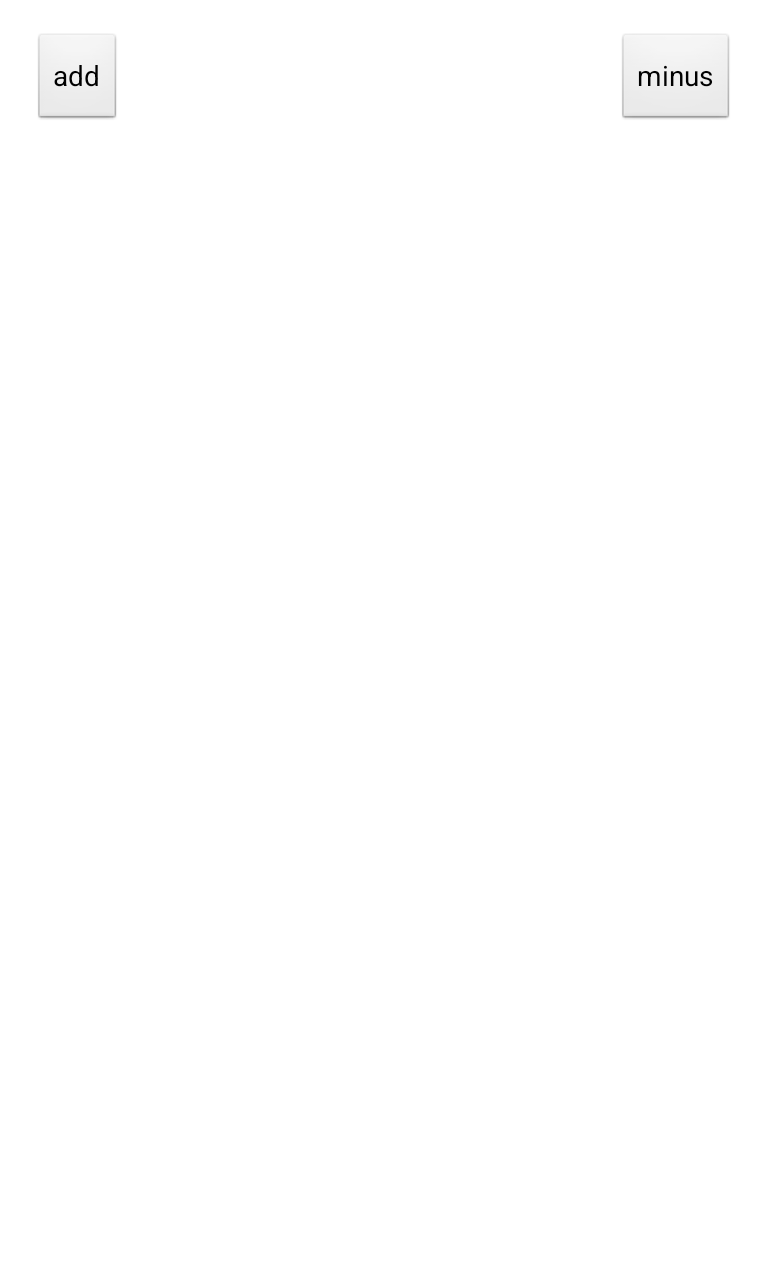
Repository: CrowleyLucky/AndroidLearningNotes
Layout: 16_MultiThreadDownloader/res/layout/activity_main.xml
An editor plug-in stored every save of this project. The layout is shown before and after a run of saves, followed by the edit.
It is drawn on a 768 x 1280 px phone screen (xhdpi) without system bars, with theme AppTheme; the app's code is not run.

Above is the layout before, as saved 2014-03-04 03:31:26.

### 16_MultiThreadDownloader/res/layout/activity_main.xml
<RelativeLayout xmlns:android="http://schemas.android.com/apk/res/android"
    xmlns:tools="http://schemas.android.com/tools"
    android:layout_width="match_parent"
    android:layout_height="match_parent"
    android:paddingBottom="@dimen/activity_vertical_margin"
    android:paddingLeft="@dimen/activity_horizontal_margin"
    android:paddingRight="@dimen/activity_horizontal_margin"
    android:paddingTop="@dimen/activity_vertical_margin"
    tools:context=".MainActivity" >

	<Button
	    android:layout_height="wrap_content"
	    android:layout_width="wrap_content"
	    android:layout_alignParentLeft="true"
	    android:text="@string/progress_add"
	    android:id="@+id/button_add"/>
	<Button
	    android:layout_height="wrap_content"
	    android:layout_width="wrap_content"
	    android:layout_alignParentRight="true"
	    android:text="@string/progress_minus"
	    android:id="@+id/button_minus"/>

    <ProgressBar
        style="?android:attr/progressBarStyleHorizontal"/>

</RelativeLayout>

### 16_MultiThreadDownloader/res/values/strings.xml
<?xml version="1.0" encoding="utf-8"?>
<resources>

    <string name="app_name">ProgressBar</string>
    <string name="action_settings">Settings</string>
    <string name="progress_add">add</string>
    <string name="progress_minus">minus</string>

</resources>

Loaded but not shown: 16_MultiThreadDownloader/res/values/styles.xml (common file); 16_MultiThreadDownloader/res/values/dimens.xml (common file)

After the next 2 saves:
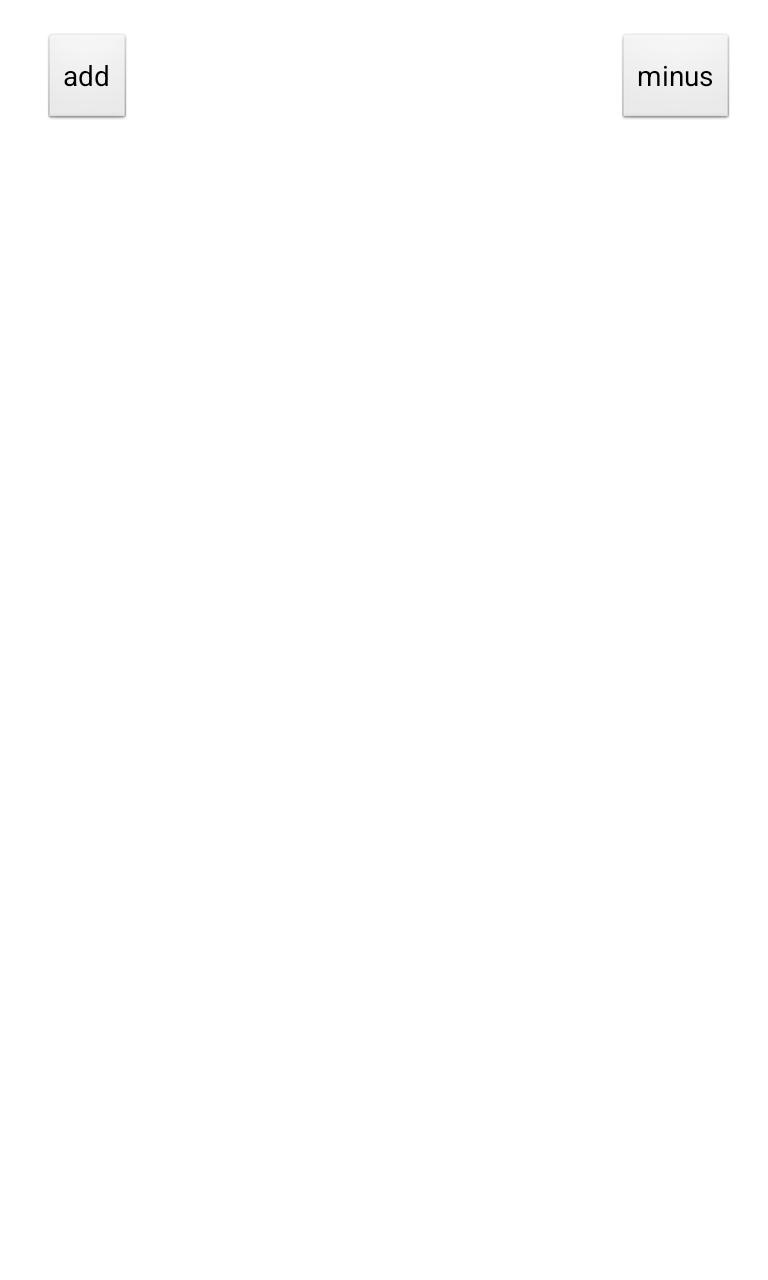
The 2 saves are shown as one change because they came seconds apart.
The last was saved 2 min 52 s later.
--- a/16_MultiThreadDownloader/res/layout/activity_main.xml
+++ b/16_MultiThreadDownloader/res/layout/activity_main.xml
@@ -13,6 +13,7 @@
 	    android:layout_width="wrap_content"
 	    android:layout_alignParentLeft="true"
 	    android:text="@string/progress_add"
+	    android:layout_marginLeft="5dp"
 	    android:id="@+id/button_add"/>
 	<Button
 	    android:layout_height="wrap_content"
